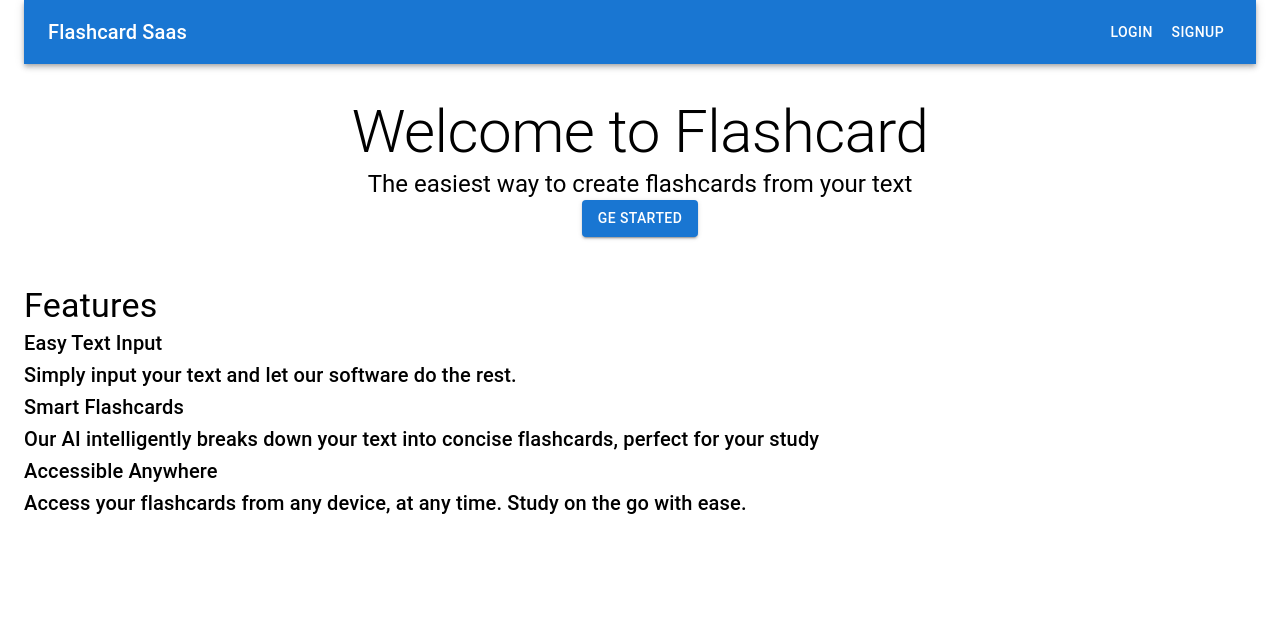
Repository: rakeshpuppala2590/AI-Flashcards-Stripe
Page: /
The author's editor kept a copy of each file at every save. The page is drawn from the files as they stood at one save, then again after the next save.
The browser window is 1280 px wide. The pictures show the whole page.
The page's requests for data from a server got no answer. The project was rebuilt for these pictures with package versions that can differ from the ones it lists, and the page was loaded fresh each time. Some packages were replaced by stand-ins written for this rebuild. The framework's server and built-in components were replaced by stand-ins that run in the browser. No one was signed in, and anything a server would have sent is missing. Also part of the build but not shown: next.config.mjs.

Above is the page before, as saved 2024-08-12 14:55:05.

After the next save:
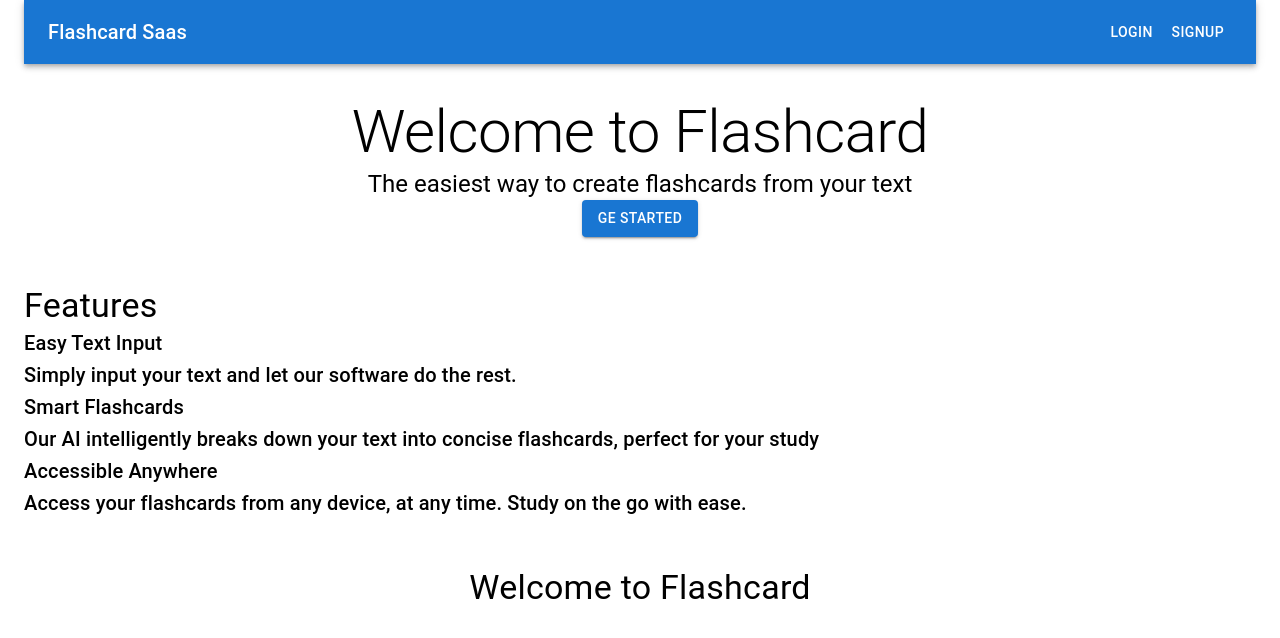
Saved 73 s later.
--- a/src/app/page.js
+++ b/src/app/page.js
@@ -85,6 +85,9 @@ export default function Home() {
           </Grid>
         </Grid>
       </Box>
+      <Box sx={{ my: 6, textAlign: "center" }}>
+        <Typography variant="h4">Welcome to Flashcard</Typography>
+      </Box>
     </Container>
   );
 }
